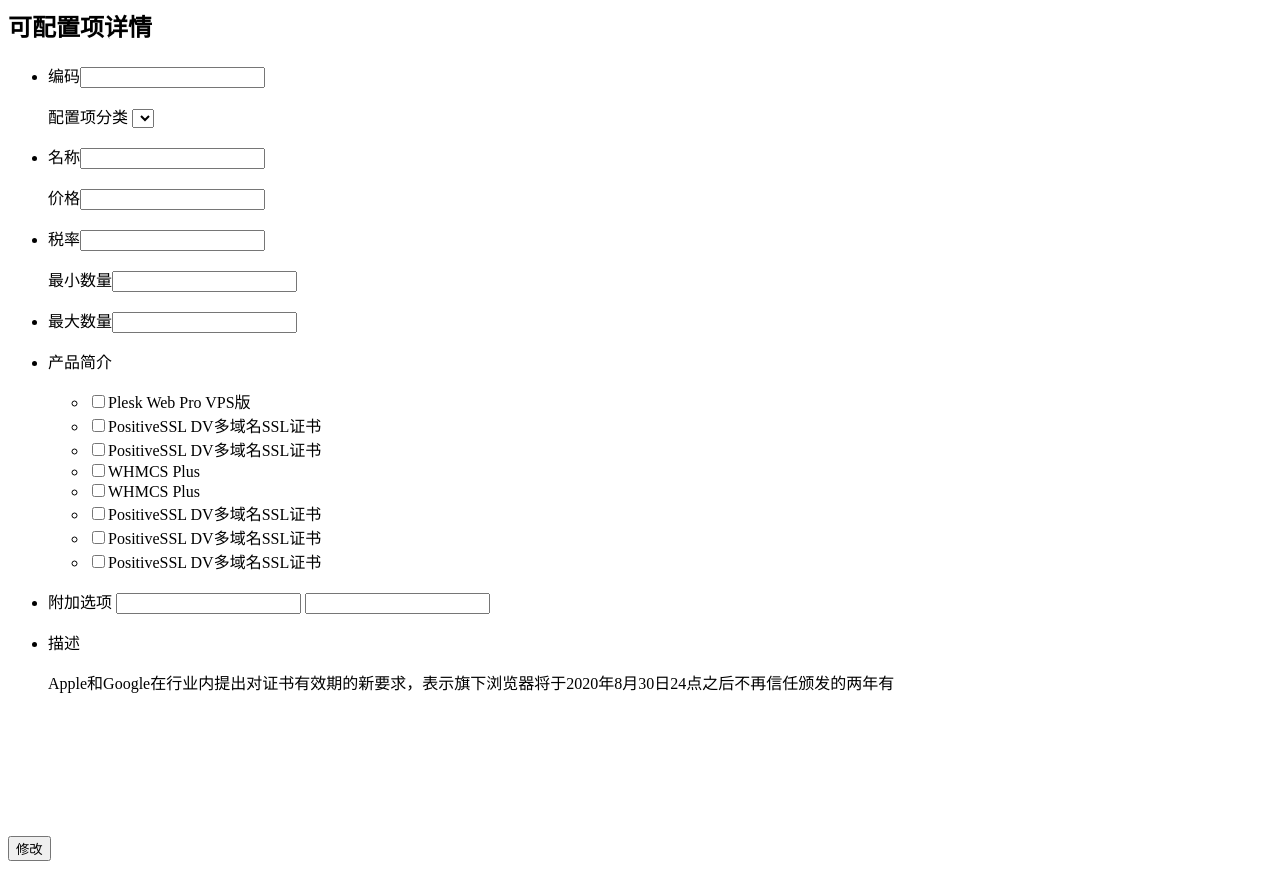
Repository: wangyan466393/racentSystem
Page: configurableDetail.html
An editor plug-in stored every save of this project. The page is shown before and after the next save, followed by the edit.
The browser window is 1280 px wide. The pictures show the whole page.

Above is the page before, as saved 2020-08-12 15:42:59.

After the next save:
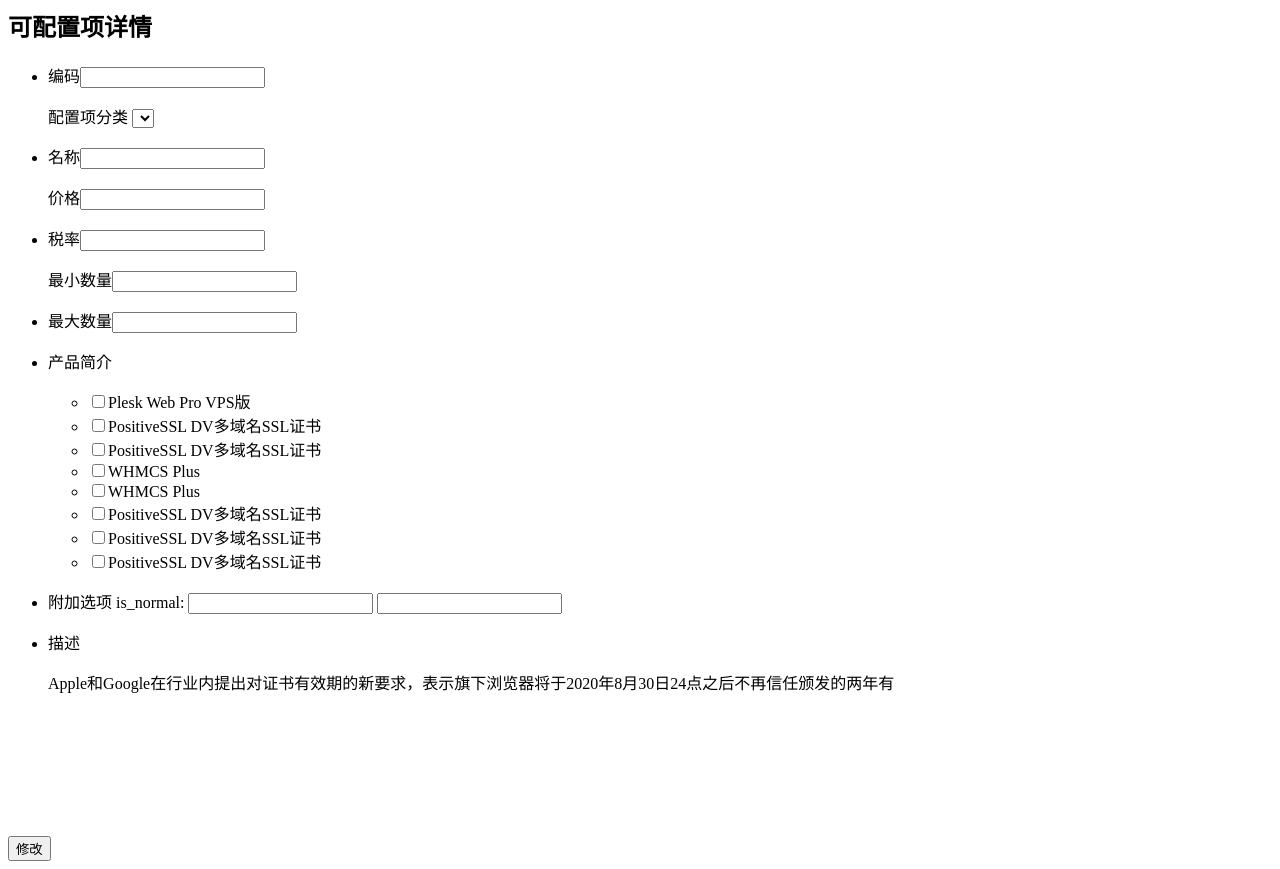
Saved 59 s later.
--- a/configurableDetail.html
+++ b/configurableDetail.html
@@ -76,6 +76,7 @@
                 <p>
                     <span>附加选项</span>
                     <label for="">
+                        is_normal:
                         <input type="text" class="config_inp">
                     </label>
                     <input type="text" class="config_inp">
